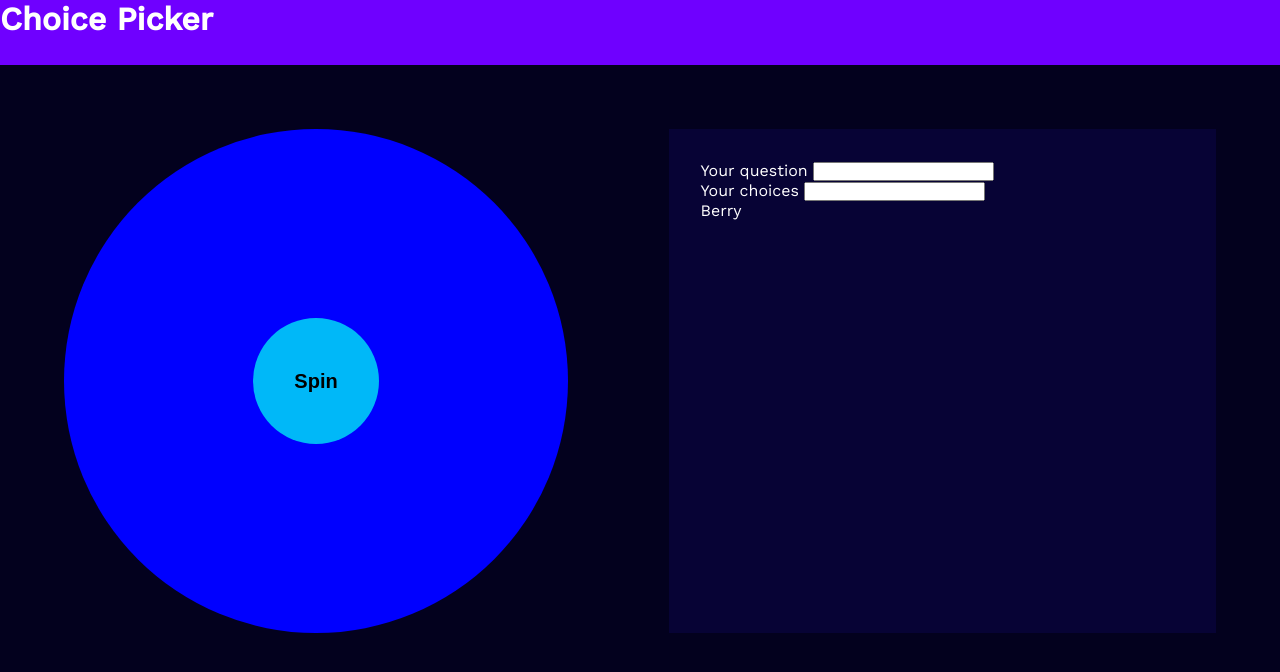
Repository: emiliaiwu/choice_wheel_spinner
Page: index.html
These files come from the project's save history. The page is drawn as it stood at one moment and after the next save; the edit follows.
The browser window is 1280 px wide. The pictures show the whole page.

Above is the page before, as saved 2023-01-09 23:53:49.

### index.html
<!DOCTYPE html>
<html lang="en">
<head>
    <meta charset="UTF-8">
    <meta http-equiv="X-UA-Compatible" content="IE=edge">
    <meta name="viewport" content="width=device-width, initial-scale=1.0">
    <link rel="stylesheet" href="style.css">
    <title>Choice Picker</title>
</head>
<body>
    <header>
        <h1>Choice Picker</h1>
    </header>
    <div class="container">
        <div class="choice_picker_container">
            <div class="choice_picker">
                <div class="circle">
                    <button class="spin">
                        <h2>Spin</h2>
                    </button>
                </div>
            </div>
            <div class="choice_details">
                <div class="question">
                    <label for="question">Your question</label>
                    <input type="text" name="question" id="question">
                </div>
                <div class="make_choices">
                    <label for="choices">Your choices</label>
                    <input type="text" name="choices" id="choices">
                </div>
                <div class="listed_choices">
                    <span class="choice">Berry</span>
                </div>
            </div>
        </div>
        <div class="picked_choice">

        </div>
    </div>
</body>
</html>

### style.css
@import url('https://fonts.googleapis.com/css2?family=Work+Sans:ital,wght@0,400;0,500;1,700&display=swap');

* {
    padding: 0;
    margin: 0;
    box-sizing: border-box;
}


body {
    background-color: rgb(3, 1, 30);
    font-family: 'Work Sans', sans-serif;
    max-width: 100vw;
    min-height: 100vh;
    color: #ffffff;

}

header {
    height: 65px;
    width: 100%;
    background-color:rgb(111, 0, 255);
}


.spin {
    display: flex;
    align-items: center;
    justify-content: center;

}

.container {
    padding: 5%;
}

.container,
.choice_picker {
    width: 100%;
    height: 100%;
}

.choice_picker_container {
    display: flex;
    align-items: flex-start;
    justify-content: space-between;
    gap: 2rem;
}

.circle {
    width: 70vmin;
    height: 70vmin;
    background-color: blue;
    border-radius: 50%;
    position: relative;
}

.spin {
    width: 25%;
    height: 25%;
    background-color: rgba(0, 246,246,0.75);
    position: absolute;
    border-radius: 50%;
    top: 50%;
    left: 50%;
    transform: translate(-50%, -50%);
    outline: none;
    border: none;
}


.choice_details {
    padding: 2rem;
    height: 70vmin;
    width: 90%;
    background-color: rgb(7, 3, 53);

}

After the next save:
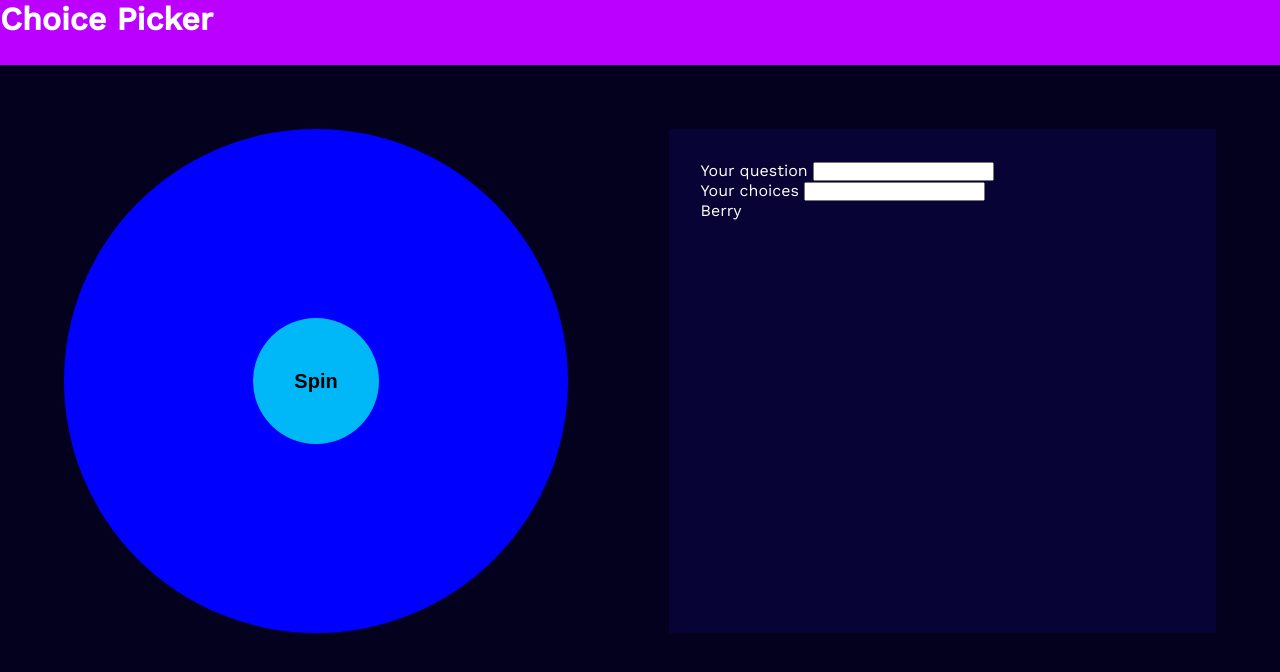
Saved 7 s later.
--- a/style.css
+++ b/style.css
@@ -19,7 +19,7 @@ body {
 header {
     height: 65px;
     width: 100%;
-    background-color:rgb(111, 0, 255);
+    background-color:rgb(187, 0, 255);
 }
 
 
